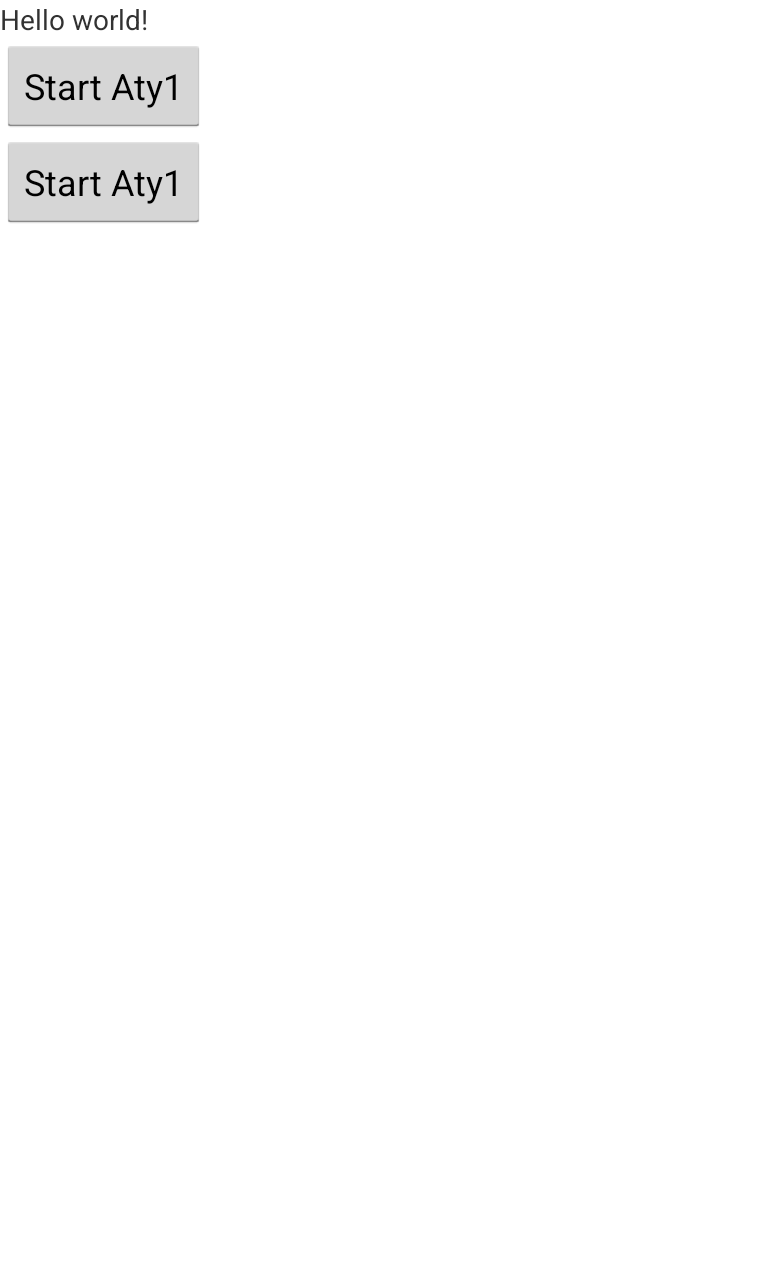
Repository: mchenyuxiang/studyAndroid
Layout: L008Intents/res/layout/activity_main.xml
These files come from the project's save history. The layout is drawn as it stood at one moment and after the next save; the edit follows.
It is drawn on a 768 x 1280 px phone screen (xhdpi) without system bars, with theme AppTheme; the app's code is not run.

Above is the layout before, as saved 2015-02-01 07:08:03.

After the next save:
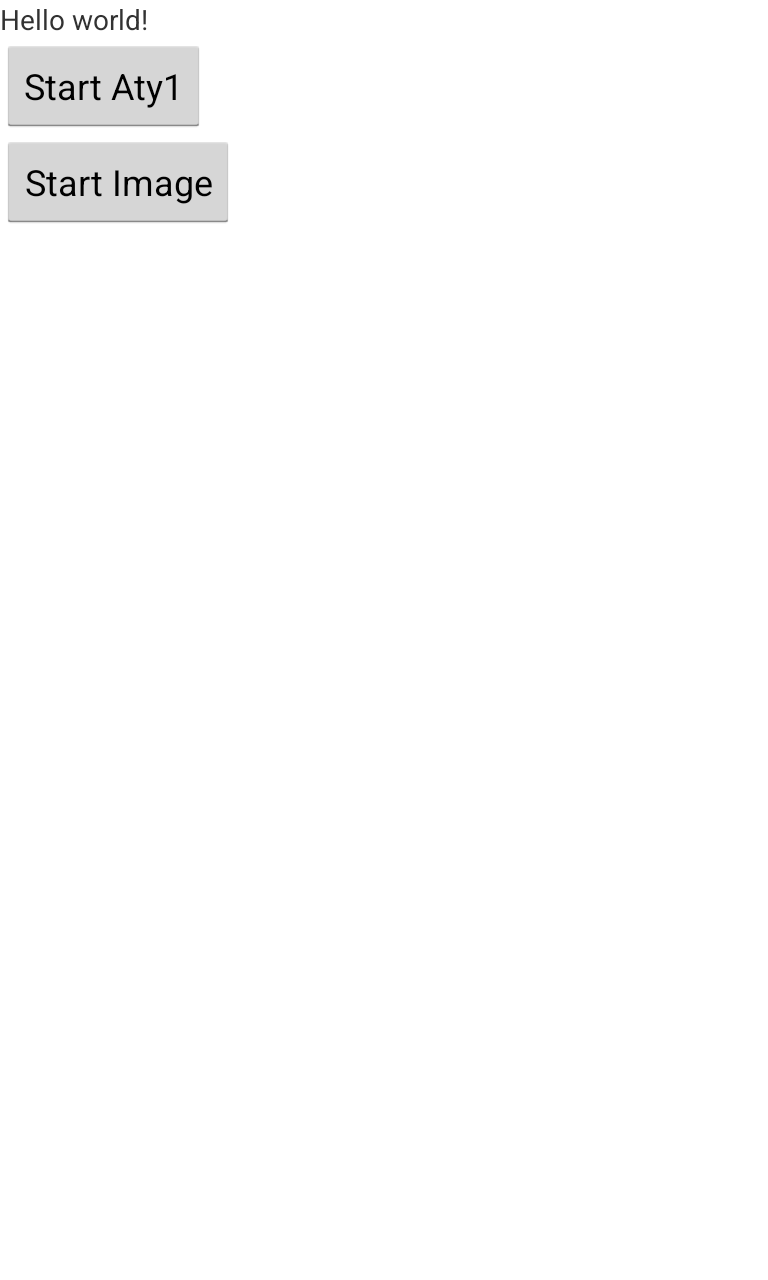
Saved 18 s later.
--- a/L008Intents/res/layout/activity_main.xml
+++ b/L008Intents/res/layout/activity_main.xml
@@ -20,6 +20,6 @@
         android:id="@+id/btnStartImage"
         android:layout_width="wrap_content"
         android:layout_height="wrap_content"
-        android:text="Start Aty1" />
+        android:text="Start Image" />
 
 </LinearLayout>
